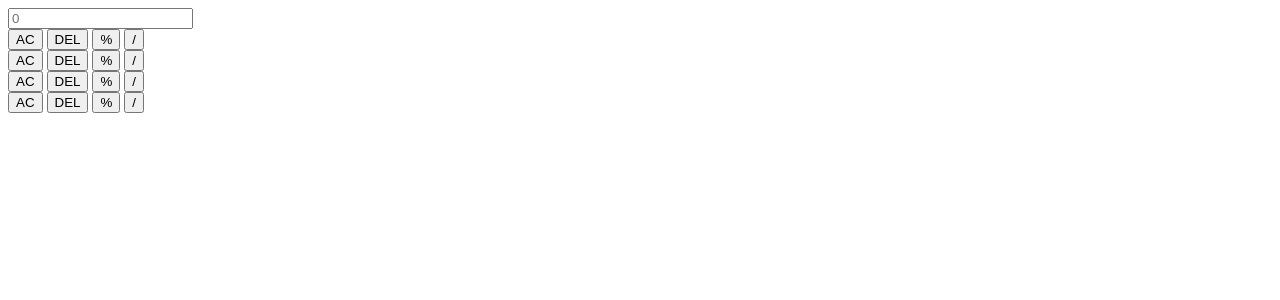
Repository: vaibhav1281/Calculator
Page: index.html
These files come from the project's save history. The page is drawn as it stood at one moment and after the next save; the edit follows.
The browser window is 1280 px wide. The pictures show the whole page.

Above is the page before, as saved 2023-05-06 19:37:19.

After the next save:
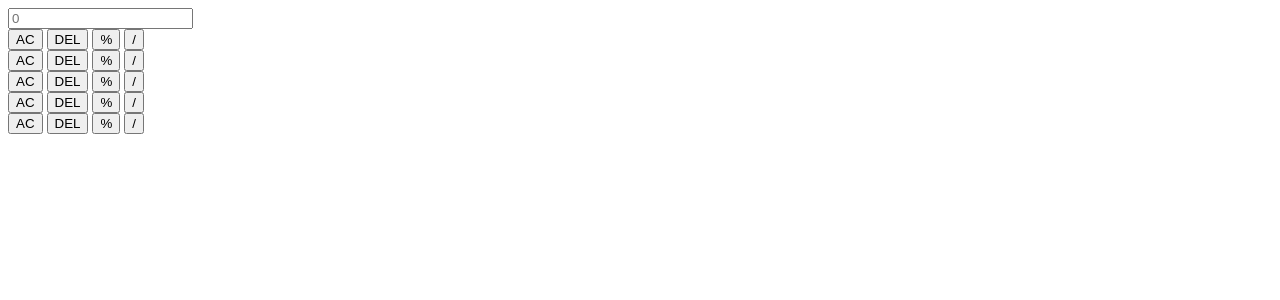
Saved 13 s later.
--- a/index.html
+++ b/index.html
@@ -34,6 +34,12 @@
             <button>%</button>
             <button>/</button>
         </div>
+        <div>
+            <button>AC</button>
+            <button>DEL</button>
+            <button>%</button>
+            <button>/</button>
+        </div>
     </div>
 
 
